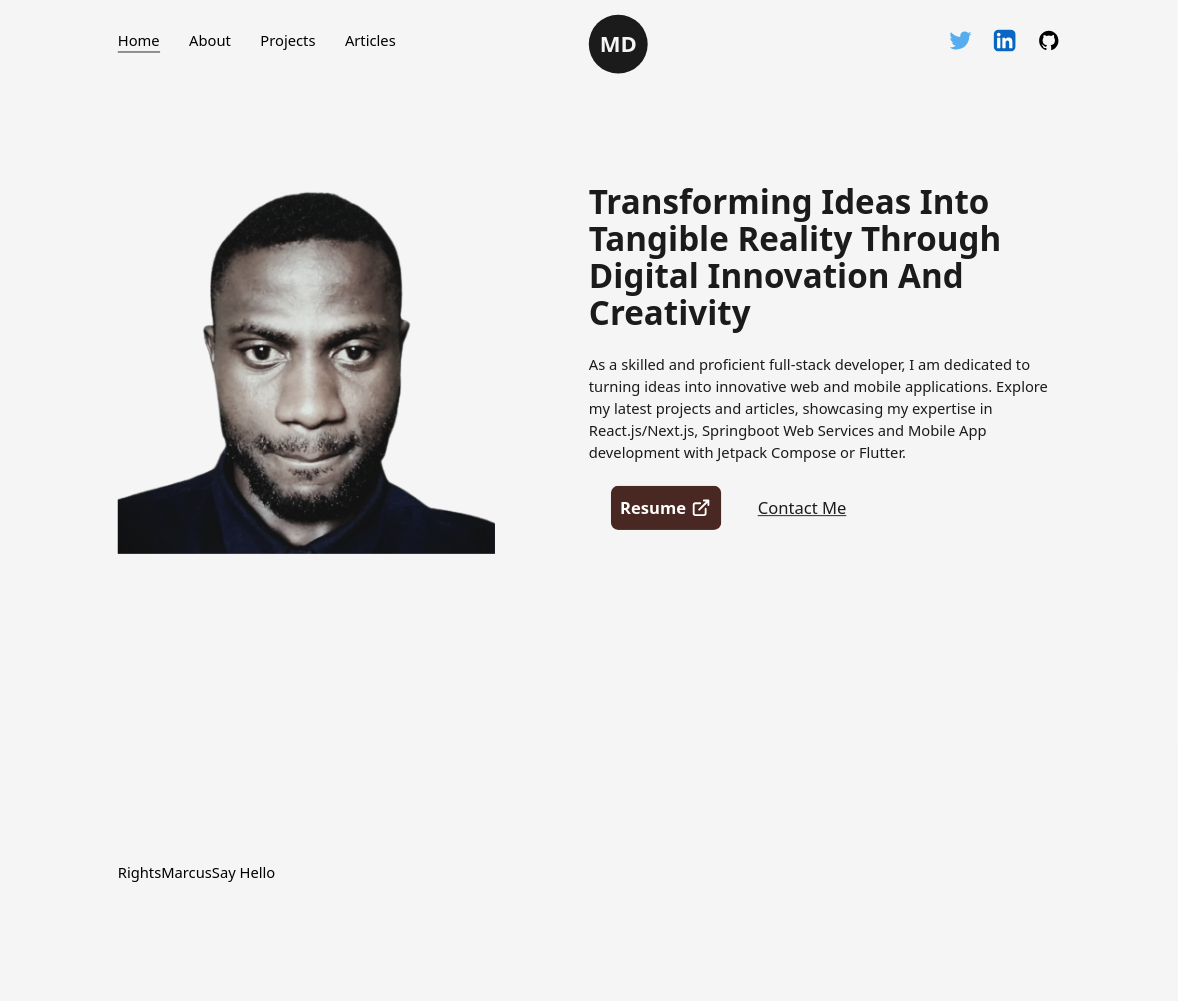
Repository: marcusdashe/situs
Page: /
The author's editor kept a copy of each file at every save. The page is drawn from the files as they stood at one save, then again after the next save.
The browser window is 1280 px wide. The pictures show the whole page, at 92% of full size.
The project was rebuilt for these pictures with package versions that can differ from the ones it lists, and the page was loaded fresh each time. The framework's server and built-in components were replaced by stand-ins that run in the browser.

Above is the page before, as saved 2023-06-15 19:02:36.

After the next save:
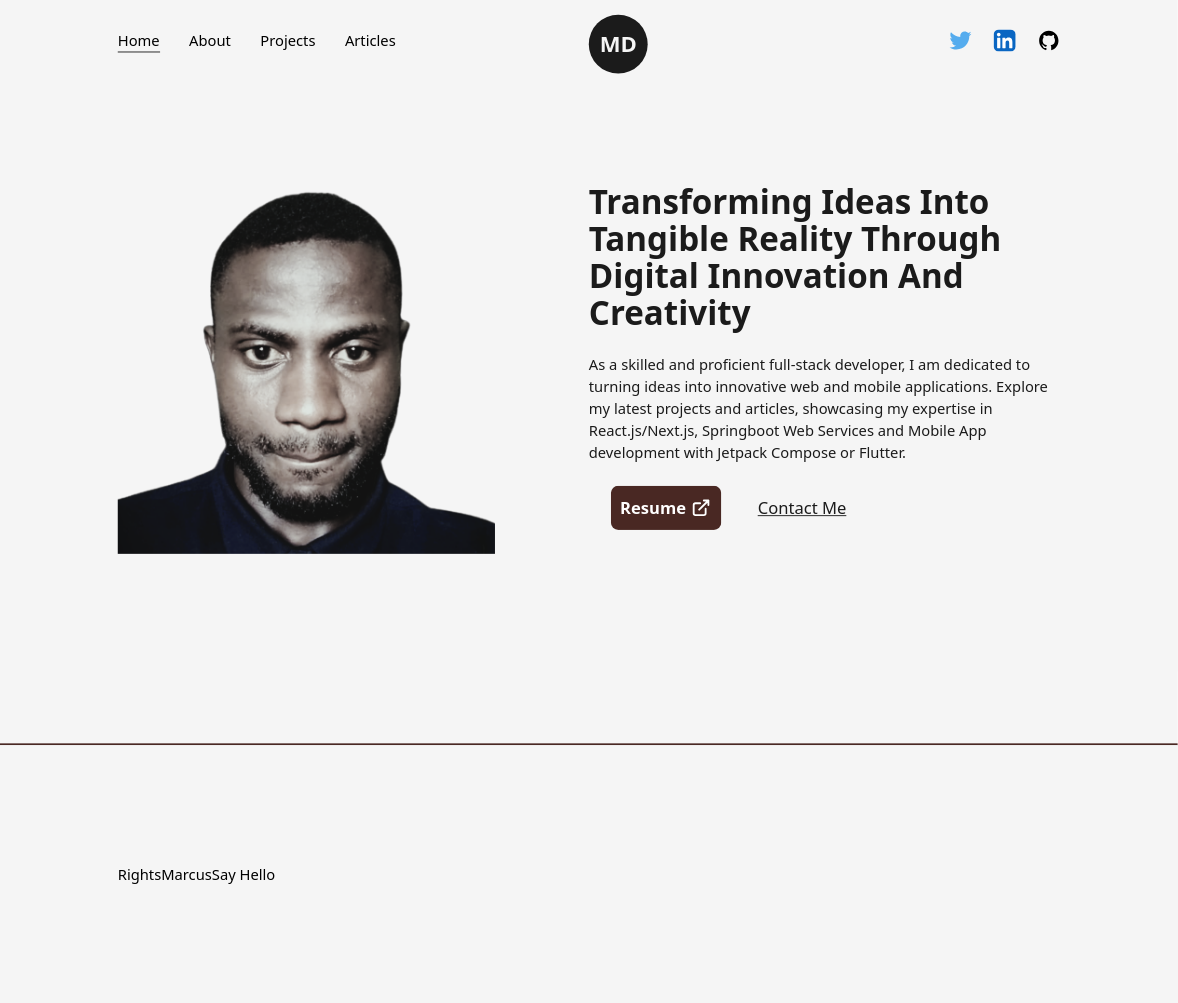
Saved 65 s later.
--- a/src/components/Footer.jsx
+++ b/src/components/Footer.jsx
@@ -4,7 +4,7 @@ import Link from "next/link";
 
 const Footer = () => {
   return (
-    <footer>
+    <footer className="w-full border-t-2 border-solid border-primaryDark ">
       <Layout>
         <span>Rights</span>
         <Link href="/">Marcus</Link>
